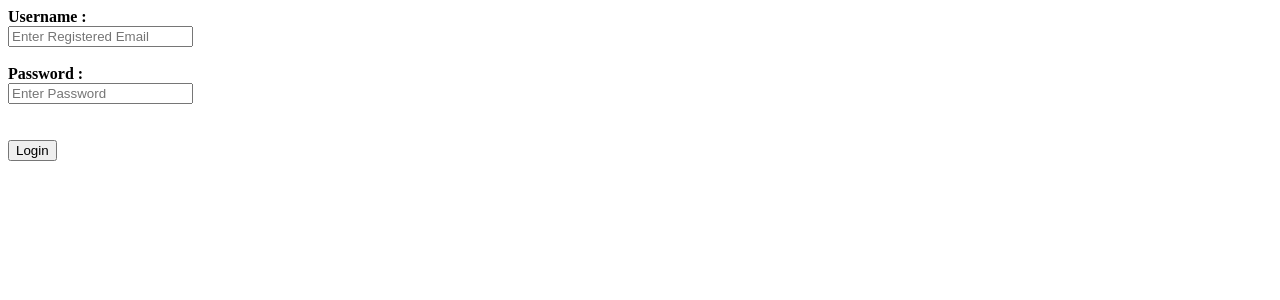
Repository: Shivani2392/FlyAwayProject
Page: http://localhost/FlightBookingPortal/WelcomeAdmin.jsp
The author's editor kept a copy of each file at every save. The page is drawn from the files as they stood at one save, then again after the next save.
The browser window is 1280 px wide. The pictures show the whole page.
The page is served by Tomcat 9. Other server files are loaded and not shown.

Above is the page before, as saved 2020-11-22 10:39:30.

### FlightBookingPortal/src/main/webapp/WelcomeAdmin.jsp
<%@ page language="java" contentType="text/html; charset=ISO-8859-1"
    pageEncoding="ISO-8859-1"%>
<!DOCTYPE html>
<html>
<head>
<meta charset="ISO-8859-1">
<style>
.vertical-menu {
  width: 200px;
}

.menu a {
  background-color: #eee;
  color: black;
  display: block;
  padding: 12px;
  text-decoration: none;
}

.menu a:hover {
  background-color: #ccc;
}

.menu a.active {
  background-color: #4CAF50;
  color: white;
}
</style>
<title>AdminHome</title>
</head>
<body>

<!--  <div class="Menu">
  <a href="#" class="active">Home</a>
  <a href="ResetPassword.jsp">ResetPassword</a>
  <br>
  <a href="MasterSourceDestinationlist.jsp">Available Source and Destination List</a>
  <br>
  <a href="MasterlistofAirlines.jsp">Master List of Airlines</a>
  <br>
  <a href="MasterListofFlights.jsp">Master List of Flights</a>
</div> -->

   <form action="LoginCredentialValidation" method="post">
      <label for="uname"><b>Username : </b></label><br>
      <input type="text" placeholder="Enter Registered Email" name="uname">
      <br><br>
      <label for="psw"><b>Password : 	</b></label><br>
      <input type="password" placeholder="Enter Password" name="psw">
      <br><br><br>
      <button type="submit">Login</button>

      <input type="hidden" name="ticketp" value="<%=request.getParameter("ticketp")%>" />
      <input type="hidden" name="source" value="<%=request.getParameter("source")%>" />
      <input type="hidden" name="dest" value="<%=request.getParameter("dest")%>" />
      <input type="hidden" name="date" value="<%=request.getParameter("date")%>" />
      <input type="hidden" name="name" value="<%=request.getParameter("name")%>" />
      <input type="hidden" name="time" value="<%=request.getParameter("time")%>" />
      <input type="hidden" name="id" value="<%=request.getParameter("id")%>" />

   </form>





</body>
</html>

After the next save:
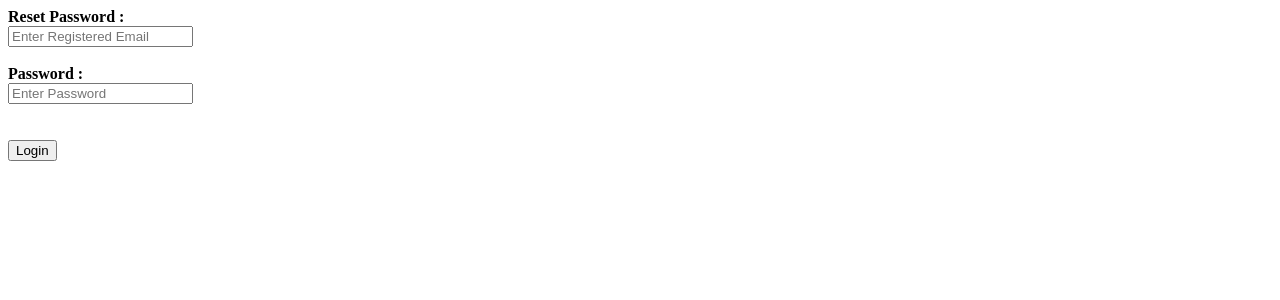
Saved 73 s later.
--- a/FlightBookingPortal/src/main/webapp/WelcomeAdmin.jsp
+++ b/FlightBookingPortal/src/main/webapp/WelcomeAdmin.jsp
@@ -42,7 +42,7 @@
 </div> -->
 
    <form action="LoginCredentialValidation" method="post">
-      <label for="uname"><b>Username : </b></label><br>
+      <label for="uname"><b>Reset Password : </b></label><br>
       <input type="text" placeholder="Enter Registered Email" name="uname">
       <br><br>
       <label for="psw"><b>Password : 	</b></label><br>
